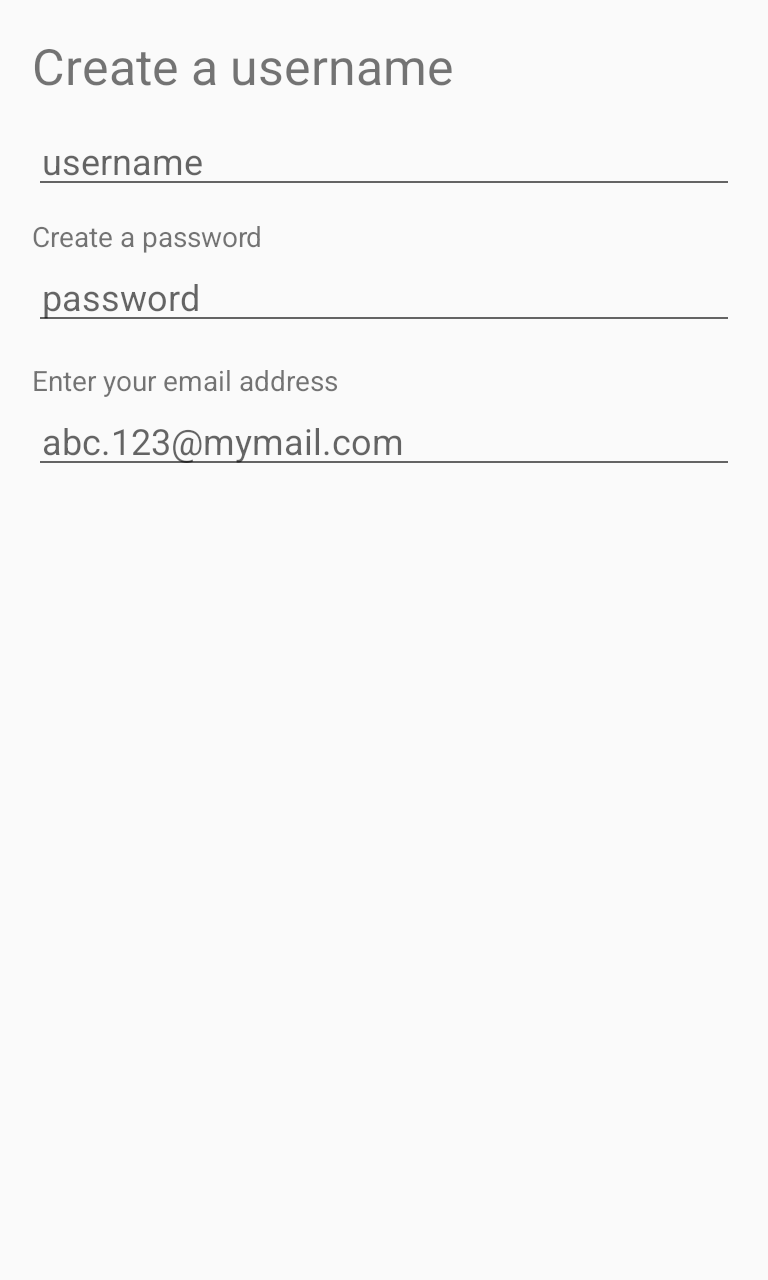
Repository: israelhill/Noteworthy
Layout: Noteworthy/res/layout/fragment_sign_up.xml
An editor plug-in stored every save of this project. The layout is shown before and after the next save, followed by the edit.
It is drawn on a 768 x 1280 px phone screen (xhdpi) without system bars, with theme AppTheme; the app's code is not run.

Above is the layout before, as saved 2014-09-06 10:51:44.

### Noteworthy/res/layout/fragment_sign_up.xml
<LinearLayout xmlns:android="http://schemas.android.com/apk/res/android"
    xmlns:tools="http://schemas.android.com/tools"
    android:layout_width="match_parent"
    android:layout_height="match_parent"
    android:paddingBottom="@dimen/activity_vertical_margin"
    android:paddingLeft="@dimen/activity_horizontal_margin"
    android:paddingRight="@dimen/activity_horizontal_margin"
    android:paddingTop="@dimen/activity_vertical_margin"
    tools:context="com.noteworthy.SignUp$PlaceholderFragment"
    android:orientation="vertical" >

    <TextView
        android:layout_width="wrap_content"
        android:layout_height="wrap_content"
        android:text="@string/enter_username"
        android:textSize="25sp" />

    <EditText
    android:id="@+id/signup_username"
    android:layout_width="match_parent"
    android:layout_height="40dp"
    android:hint="@string/username"
    android:layout_marginBottom="9dp"
    android:layout_marginTop="10dp"
    android:paddingLeft="5dp"/>

    <TextView
        android:layout_width="wrap_content"
        android:layout_height="wrap_content"
        android:text="@string/enter_password"/>

<EditText
    android:id="@+id/signup_password"
    android:layout_width="match_parent"
    android:layout_height="40dp"
    android:hint="@string/password"
    android:inputType="textPassword"
    android:paddingLeft="5dp"
    android:layout_marginBottom="13dp"/>

<TextView
        android:layout_width="wrap_content"
        android:layout_height="wrap_content"
        android:text="@string/enter_email" />

<EditText
    android:id="@+id/email"
    android:layout_width="match_parent"
    android:layout_height="40dp"
    android:hint="@string/email_hint"
    android:paddingLeft="5dp"
    android:layout_marginBottom="13dp"
    android:inputType="textEmailAddress"/>

</LinearLayout>

### Noteworthy/res/values/strings.xml
<?xml version="1.0" encoding="utf-8"?>
<resources>

    <string name="app_name">Noteworthy</string>
    <string name="hello_world">Hello world!</string>
    <string name="action_settings">Settings</string>
    <string name="username">username</string>
    <string name="password">password</string>
    <string name="login">Login</string>
    <string name="signup">Sign Up</string>
    <string name="title_activity_sign_up">SignUp</string>
    <string name="enter_email">Enter your email address</string>
    <string name="enter_username">Create a username</string>
    <string name="enter_password">Create a password</string>
    <string name="email_hint">abc.123@mymail.com</string>

</resources>

Loaded but not shown: Noteworthy/res/values/styles.xml (common file); Noteworthy/res/values-v11/styles.xml (common file); Noteworthy/res/values-v14/styles.xml (common file); Noteworthy/res/values/dimens.xml (common file); Noteworthy/res/values-w820dp/dimens.xml (common file)

After the next save:
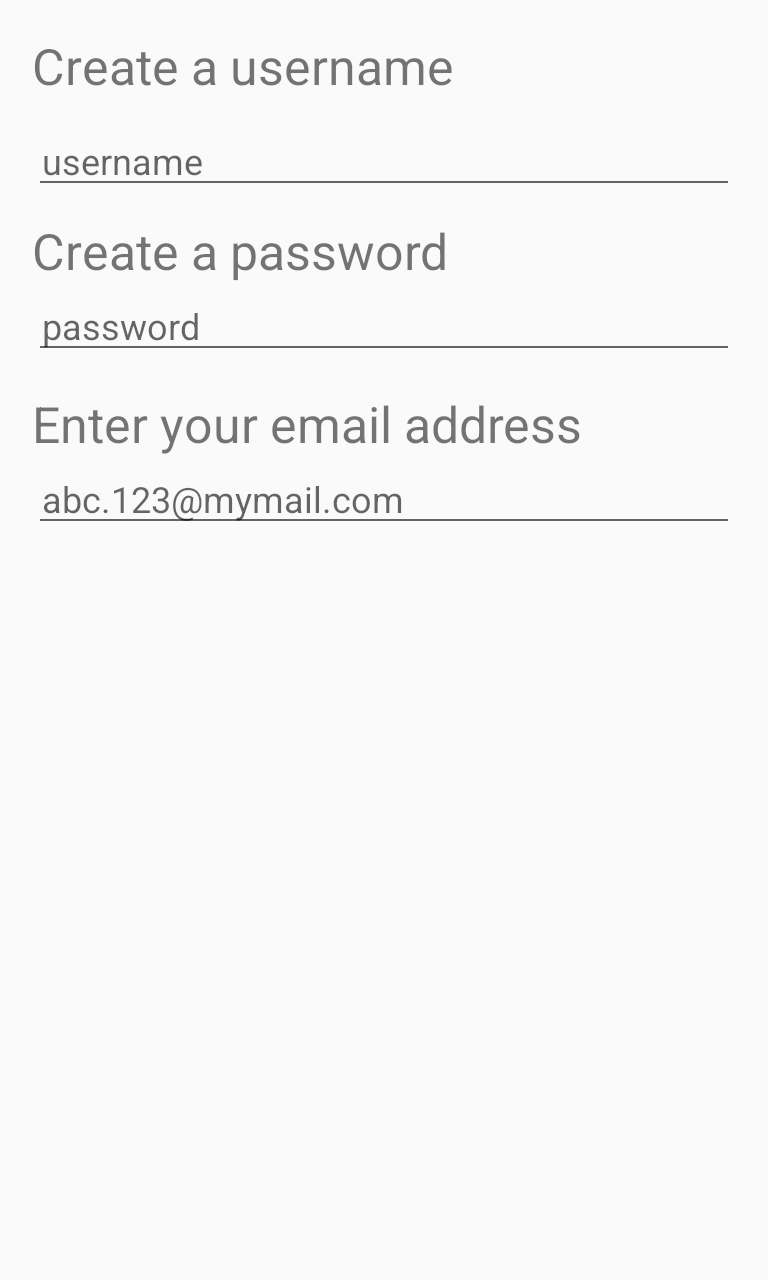
Saved 20 s later.
--- a/Noteworthy/res/layout/fragment_sign_up.xml
+++ b/Noteworthy/res/layout/fragment_sign_up.xml
@@ -27,7 +27,8 @@
     <TextView
         android:layout_width="wrap_content"
         android:layout_height="wrap_content"
-        android:text="@string/enter_password"/>
+        android:text="@string/enter_password"
+        android:textSize="25sp"/>
 
 <EditText
     android:id="@+id/signup_password"
@@ -41,7 +42,8 @@
 <TextView
         android:layout_width="wrap_content"
         android:layout_height="wrap_content"
-        android:text="@string/enter_email" />
+        android:text="@string/enter_email"
+        android:textSize="25sp" />
 
 <EditText
     android:id="@+id/email"
